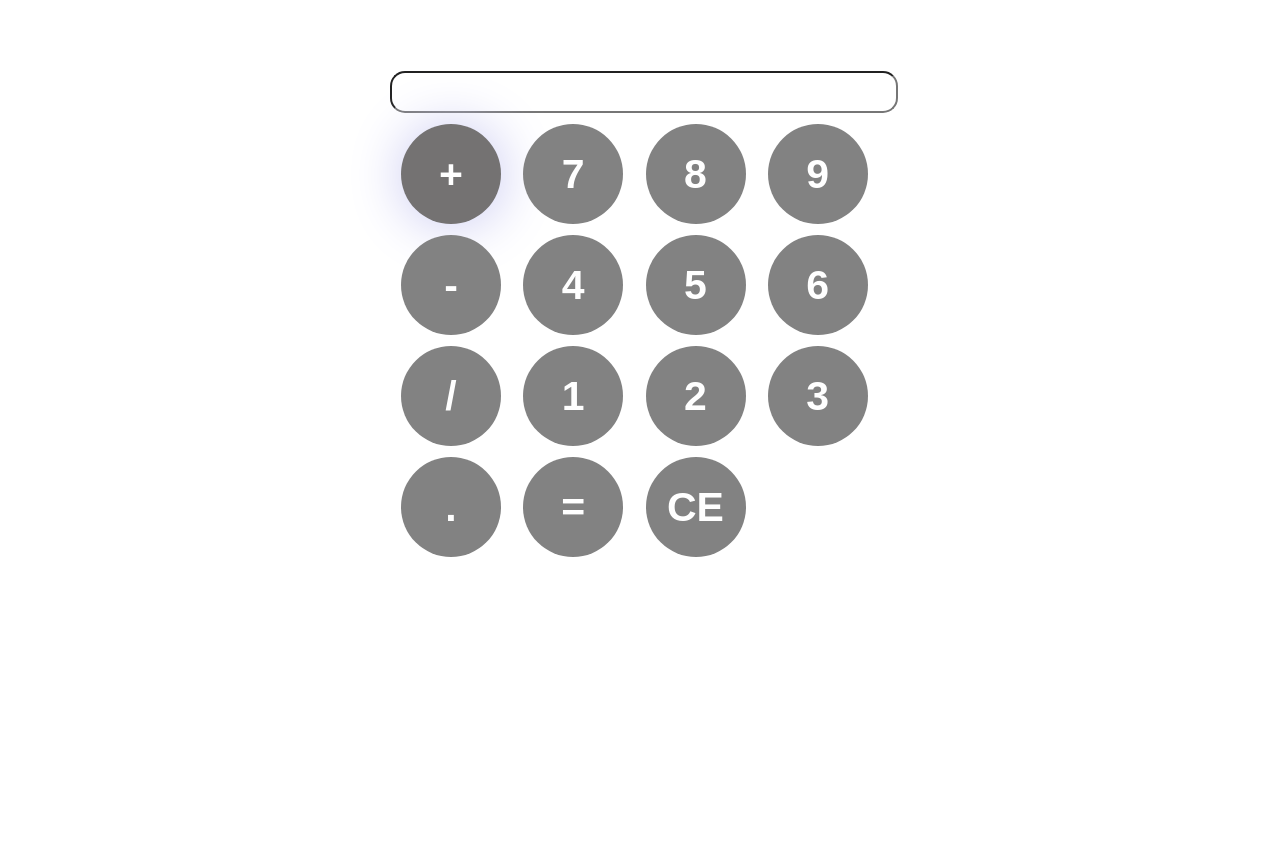
Repository: rkrukshan/JS-Calculator
Page: index.html
An editor plug-in stored every save of this project. The page is shown before and after a run of saves, followed by the edit.
The browser window is 1280 px wide. The pictures show the whole page.
The first visible `button` is being pressed.

Above is the page before, as saved 2024-09-02 13:40:10.

### index.html
<!DOCTYPE html>
<html lang="en">

<head>
    <meta charset="UTF-8">
    <meta name="viewport" content="width=device-width, initial-scale=1.0">
    <title>Document</title>
    <link rel="stylesheet" href="style.css">
</head>

<body>
    <div id="calculator">
        <input id="screen" readonly>
        <div id="buttons">

            <button onclick="appendScreen('+')">+</button>
            <button onclick="appendScreen('7')">7</button>
            <button onclick="appendScreen('8')">8</button>
            <button onclick="appendScreen('9')">9</button>
            <button onclick="appendScreen('-')">-</button>
            <button onclick="appendScreen('4')">4</button>
            <button onclick="appendScreen('5')">5</button>
            <button onclick="appendScreen('6')">6</button>
            <button onclick="appendScreen('/')">/</button>
            <button onclick="appendScreen('1')">1</button>
            <button onclick="appendScreen('2')">2</button>
            <button onclick="appendScreen('3')">3</button>
            <button onclick="appendScreen('.')">.</button>
            <button onclick="appendScreen('=')">=</button>
            <button onclick="appendScreen('CE')">CE</button>

        </div>
    </div>
</body>

</html>

### style.css
#calculator {
  display: flexbox;
  align-items: center;
  height: 100vh;
  justify-content: center;
  border: none;
  max-width: 500px;
  margin: auto;
  padding: 5% 0;
}
#screen {
  width: 100%;
  height: 5%;
  color: white;
  border-radius: 15px;
}
#buttons {
  display: grid;
  grid-template-columns: repeat(4, 1fr);
  gap: 11px;
  padding: 11px;
}
button {
  width: 100px;
  height: 100px;
  border-radius: 50px;
  color: white;
  background-color: hsl(0, 0%, 51%);
  font-size: 41px;
  font-weight: bold;
  cursor: pointer;
  border: none;
}
button:active{
    background-color:hsl(0, 1%, 45%);
    box-shadow: 1px 1px 55px rgb(200, 200, 241);
}

After the next 2 saves:
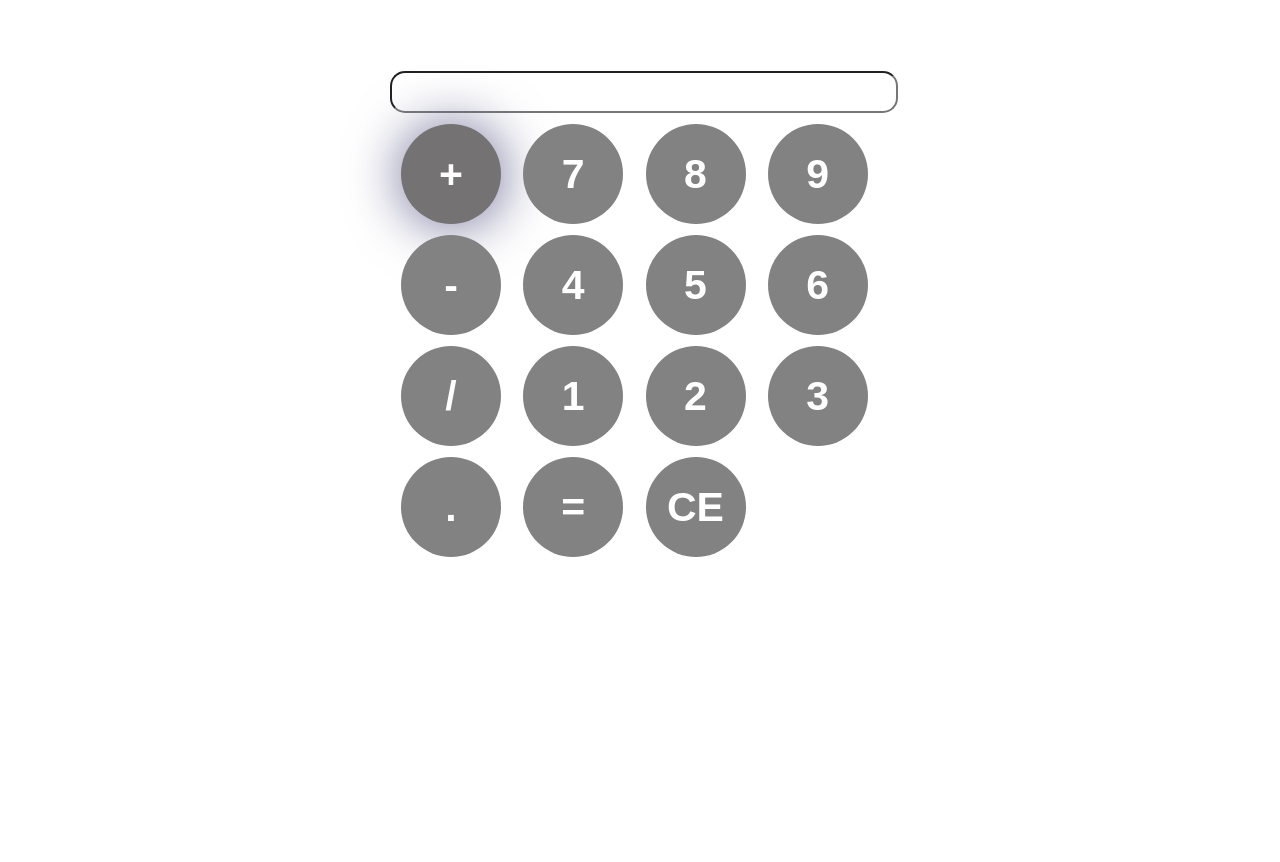
The 2 saves are shown as one change because they came seconds apart.
The last was saved 14 s later.
--- a/style.css
+++ b/style.css
@@ -33,5 +33,5 @@ button {
 }
 button:active{
     background-color:hsl(0, 1%, 45%);
-    box-shadow: 1px 1px 55px rgb(200, 200, 241);
+    box-shadow: 1px 1px 55px rgb(104, 104, 146);
 }
